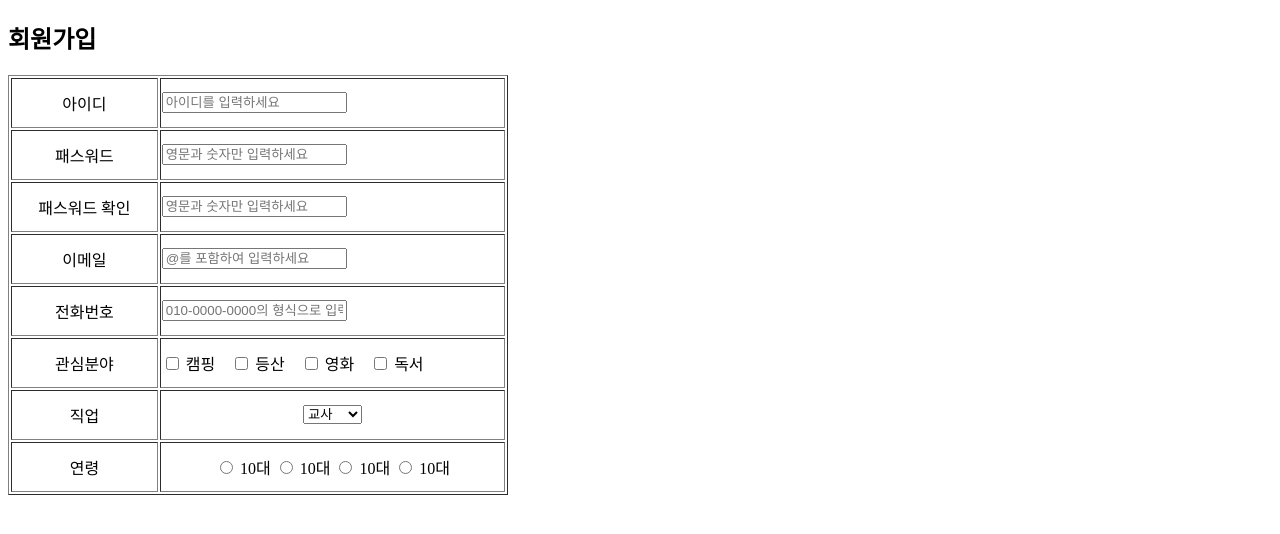
Repository: ohseung-web/OTjsp2026
Page: http://localhost/chapter/Request/RequestJoin.jsp
An editor plug-in stored every save of this project. The page is shown before and after the next save, followed by the edit.
The browser window is 1280 px wide. The pictures show the whole page.
The page is served by Tomcat 9.

Above is the page before, as saved 2026-10-18 01:33:59.

### chapter/src/main/webapp/Request/RequestJoin.jsp
<%@ page language="java" contentType="text/html; charset=UTF-8"
    pageEncoding="UTF-8"%>
<!DOCTYPE html>
<html>
<head>
<meta charset="UTF-8">
<title>Insert title here</title>
</head>
<body>
	<h2> 회원가입 </h2>
	<form action="RequestJoinProc.jsp" method="post">
		<table  width="500" border="1">
			<tr height="50">
				<td width="150" align="center">아이디</td>
				<td width="350">
					<input type="text" name="id" placeholder="아이디를 입력하세요">
				</td>
			</tr>
			<tr height="50">
				<td width="150" align="center">패스워드</td>
				<td width="350">
					<input type="password" name="pass" placeholder="영문과 숫자만 입력하세요">
				</td>
			</tr>
			<tr height="50">
				<td width="150" align="center">패스워드 확인</td>
				<td width="350">
					<input type="password" name="passchk" placeholder="영문과 숫자만 입력하세요">
				</td>
			</tr>
			<tr height="50">
				<td width="150" align="center">이메일</td>
				<td width="350">
					<input type="email" name="email" placeholder="@를 포함하여 입력하세요">
				</td>
			</tr>
			<tr height="50">
				<td width="150" align="center">전화번호</td>
				<td width="350">
					<input type="tel" name="tel" placeholder="010-0000-0000의 형식으로 입력하세요">
				</td>
			</tr>
			<tr height="50">
				<td width="150" align="center">관심분야</td>
				<td width="350">
					<input type="checkbox" name="hobby" value="캠핑" id="camping">
					<label for="camping">캠핑</label> &nbsp;&nbsp;
					<input type="checkbox" name="hobby" value="등산" id="mount">
					<label for="mount">등산</label> &nbsp;&nbsp;
					<input type="checkbox" name="hobby" value="캠핑" id="movie">
					<label for="movie">영화</label> &nbsp;&nbsp;
					<input type="checkbox" name="hobby" value="캠핑" id="book">
					<label for="book">독서</label> &nbsp;&nbsp;
				</td>
			</tr>
			<tr height="50">
				<td width="150" align="center">직업</td>
				<td width="350" align="center">
					<select name="job">
						<option value="교사">교사
						<option value="변호사">변호사
						<option value="의사">의사
						<option value="기술사">기술사
					</select>
				</td>
			</tr>
			<tr height="50">
				<td width="150" align="center">연령</td>
				<td width="350" align="center">
					<input type="radio" name="age" vlaue="10대" id="teenage">
					<label for="teenage">10대</label>
					<input type="radio" name="age" vlaue="10대" id="teenage">
					<label for="teenage">10대</label>
					<input type="radio" name="age" vlaue="10대" id="teenage">
					<label for="teenage">10대</label>
					<input type="radio" name="age" vlaue="10대" id="teenage">
					<label for="teenage">10대</label>
				</td>
			</tr>
		</table>

	</form>
</body>
</html>

After the next save:
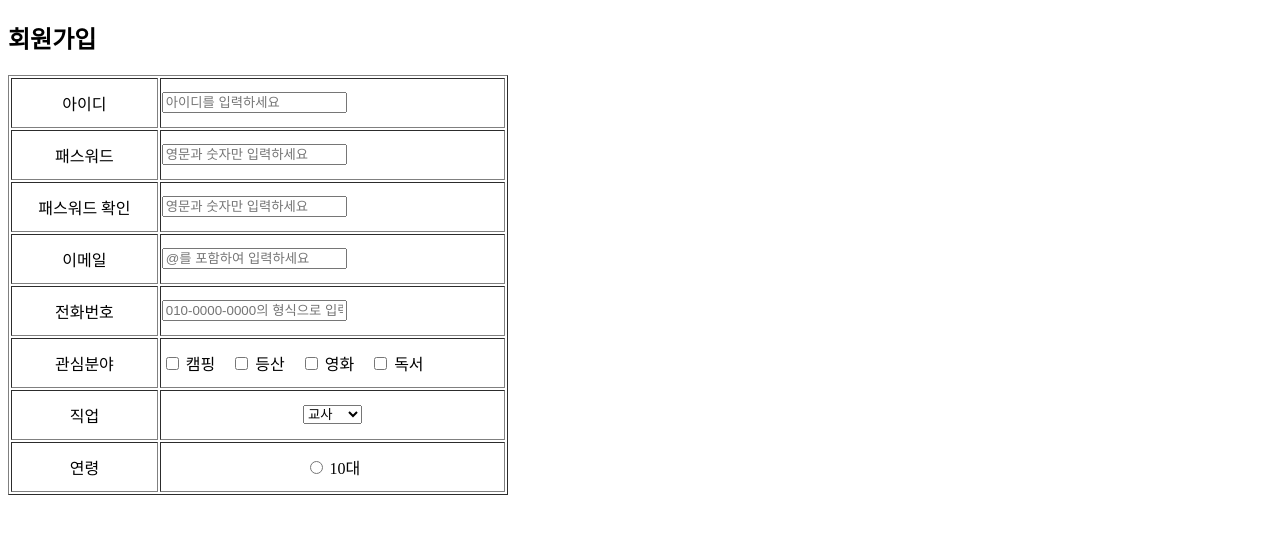
Saved 14 s later.
--- a/chapter/src/main/webapp/Request/RequestJoin.jsp
+++ b/chapter/src/main/webapp/Request/RequestJoin.jsp
@@ -67,13 +67,7 @@
 			<tr height="50">
 				<td width="150" align="center">연령</td>
 				<td width="350" align="center">
-					<input type="radio" name="age" vlaue="10대" id="teenage">
-					<label for="teenage">10대</label>
-					<input type="radio" name="age" vlaue="10대" id="teenage">
-					<label for="teenage">10대</label>
-					<input type="radio" name="age" vlaue="10대" id="teenage">
-					<label for="teenage">10대</label>
-					<input type="radio" name="age" vlaue="10대" id="teenage">
+					<input type="radio" name="age" value="10대" id="teenage">
 					<label for="teenage">10대</label>
 				</td>
 			</tr>
